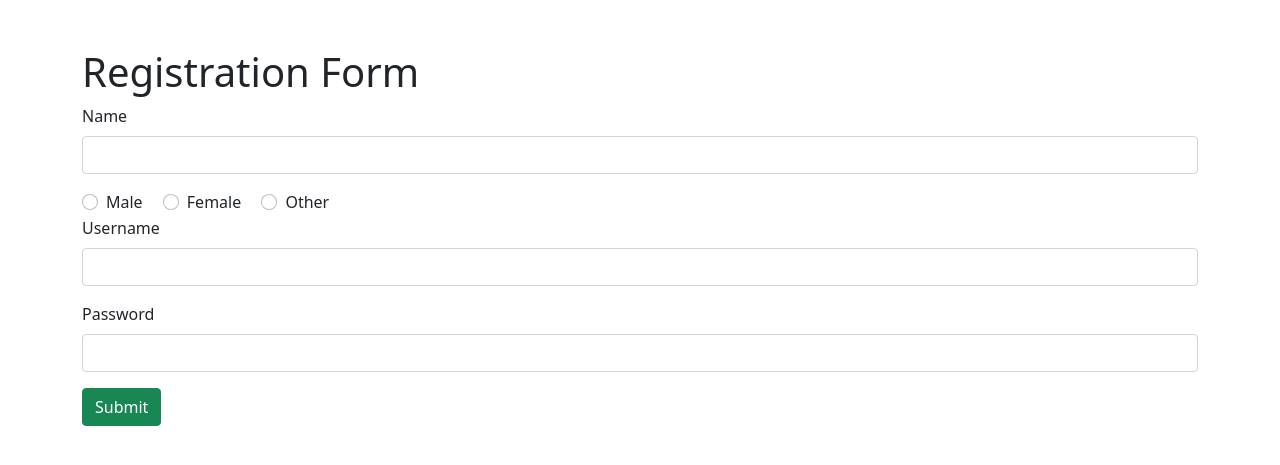
Repository: Raj-Patoliya/Sem-2-JWT
Page: http://localhost/Database-Crud-Operation/Login.jsp
The author's editor kept a copy of each file at every save. The page is drawn from the files as they stood at one save, then again after the next save.
The browser window is 1280 px wide. The pictures show the whole page.
The page is served by Tomcat 9. Other server files are loaded and not shown.

Above is the page before, as saved 2022-06-28 18:39:36.

### Database-Crud-Operation/src/main/webapp/Login.jsp
<%@ page language="java" contentType="text/html; charset=ISO-8859-1"
	pageEncoding="ISO-8859-1"%>
<!DOCTYPE html>
<html>
<head>
<meta charset="ISO-8859-1">
<title>Registration Page</title>
<link
	href="https://cdn.jsdelivr.net/npm/bootstrap@5.0.2/dist/css/bootstrap.min.css"
	rel="stylesheet"
	integrity="sha384-EVSTQN3/azprG1Anm3QDgpJLIm9Nao0Yz1ztcQTwFspd3yD65VohhpuuCOmLASjC"
	crossorigin="anonymous">
</head>
<body>
	<div class="container md-2">
	<br>
	<br>
	<div class="h1">Registration Form</div>
		<form action="SaveUser" method="post">
			<div class="mb-3">
				<label for="exampleFormControlInput1" class="form-label">Name</label>
				<input type="text" name="name" class="form-control">
			</div>
			<div class="form-check form-check-inline">
				<input class="form-check-input" type="radio" name="gender"
					id="inlineRadio1" value="male"> <label
					class="form-check-label" for="inlineRadio1">Male</label>
			</div>
			<div class="form-check form-check-inline">
				<input class="form-check-input" type="radio" name="gender"
					id="inlineRadio2" value="female"> <label
					class="form-check-label" for="inlineRadio2">Female</label>
			</div>
			<div class="form-check form-check-inline">
				<input class="form-check-input" type="radio" name="gender"
					id="inlineRadio3" value="other"> <label
					class="form-check-label" for="inlineRadio3">Other</label>
			</div>
			<div class="mb-3">
				<label for="exampleFormControlInput1" class="form-label">Username</label>
				<input type="text" name="username" class="form-control">
			</div>
			<div class="mb-3">
				<label for="exampleFormControlInput1" class="form-label">Password</label>
				<input type="password" name="password" class="form-control">
			</div>
			<div class="mb-3">
				<input type="submit" name="submit" value="Submit"
					class="btn btn-success">
			</div>
		</form>
	</div>
</body>
</html>

After the next save:
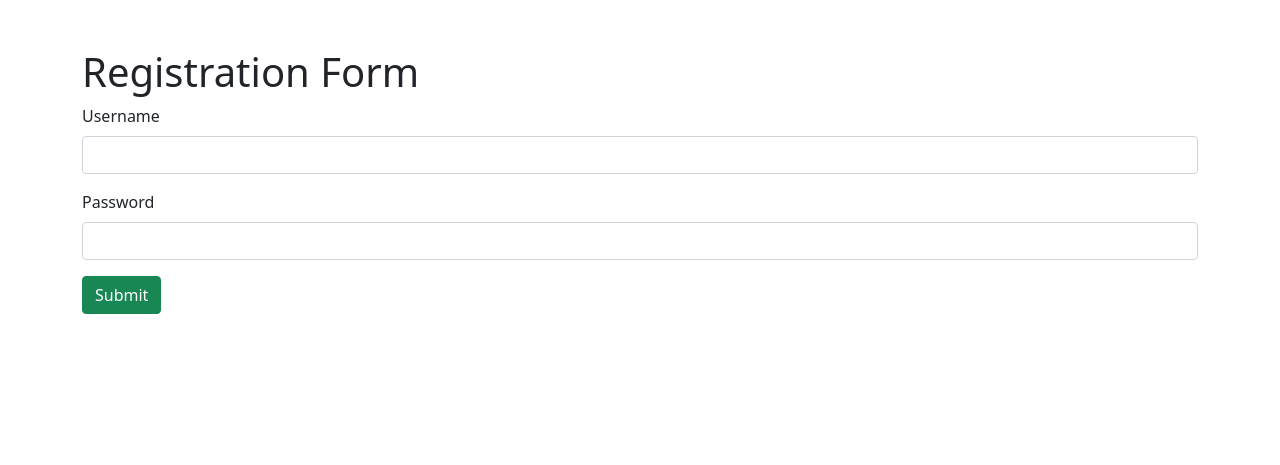
Saved 20 s later.
--- a/Database-Crud-Operation/src/main/webapp/Login.jsp
+++ b/Database-Crud-Operation/src/main/webapp/Login.jsp
@@ -16,26 +16,8 @@
 	<br>
 	<br>
 	<div class="h1">Registration Form</div>
-		<form action="SaveUser" method="post">
-			<div class="mb-3">
-				<label for="exampleFormControlInput1" class="form-label">Name</label>
-				<input type="text" name="name" class="form-control">
-			</div>
-			<div class="form-check form-check-inline">
-				<input class="form-check-input" type="radio" name="gender"
-					id="inlineRadio1" value="male"> <label
-					class="form-check-label" for="inlineRadio1">Male</label>
-			</div>
-			<div class="form-check form-check-inline">
-				<input class="form-check-input" type="radio" name="gender"
-					id="inlineRadio2" value="female"> <label
-					class="form-check-label" for="inlineRadio2">Female</label>
-			</div>
-			<div class="form-check form-check-inline">
-				<input class="form-check-input" type="radio" name="gender"
-					id="inlineRadio3" value="other"> <label
-					class="form-check-label" for="inlineRadio3">Other</label>
-			</div>
+		<form action="UserLogin" method="post">
+
 			<div class="mb-3">
 				<label for="exampleFormControlInput1" class="form-label">Username</label>
 				<input type="text" name="username" class="form-control">
